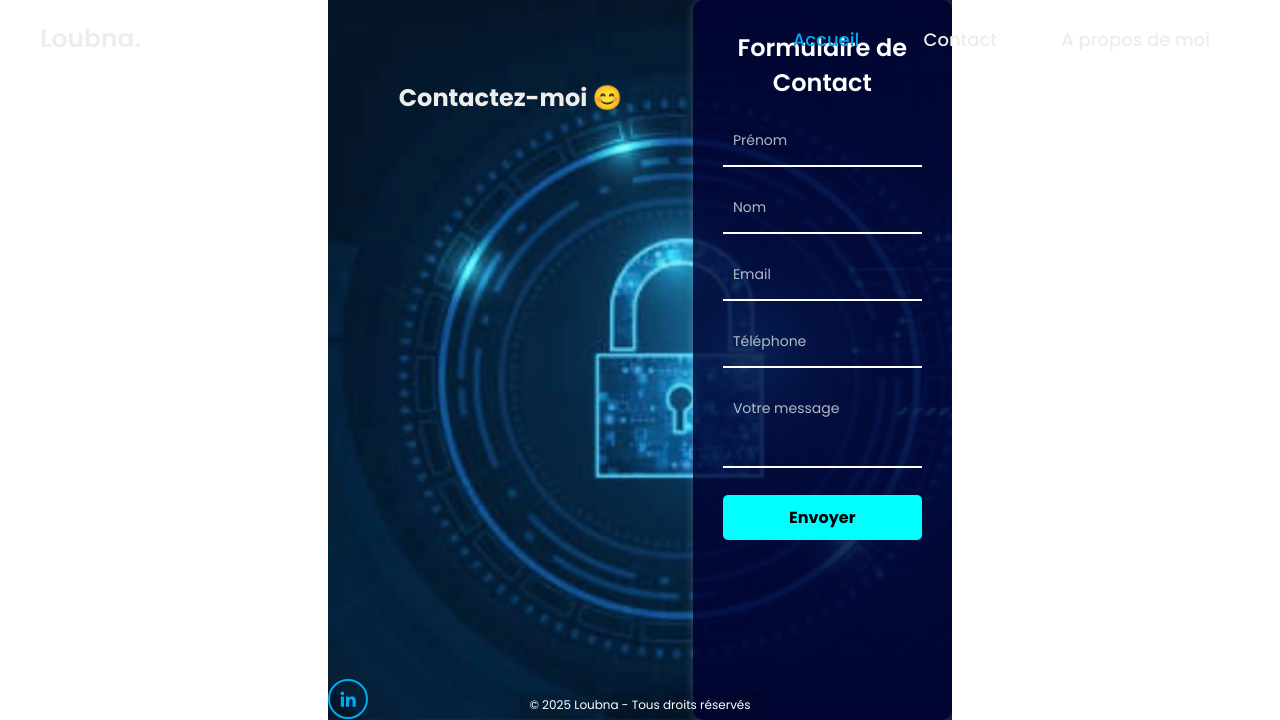
Repository: Loubna77290/Portfolio-de-Loubna
Page: contact.html
The author's editor kept a copy of each file at every save. The page is drawn from the files as they stood at one save, then again after the next save.
The browser window is 1280 px wide. The pictures show the whole page.

Above is the page before, as saved 2025-03-10 23:08:37.
Not found: background.jpg

After the next save:
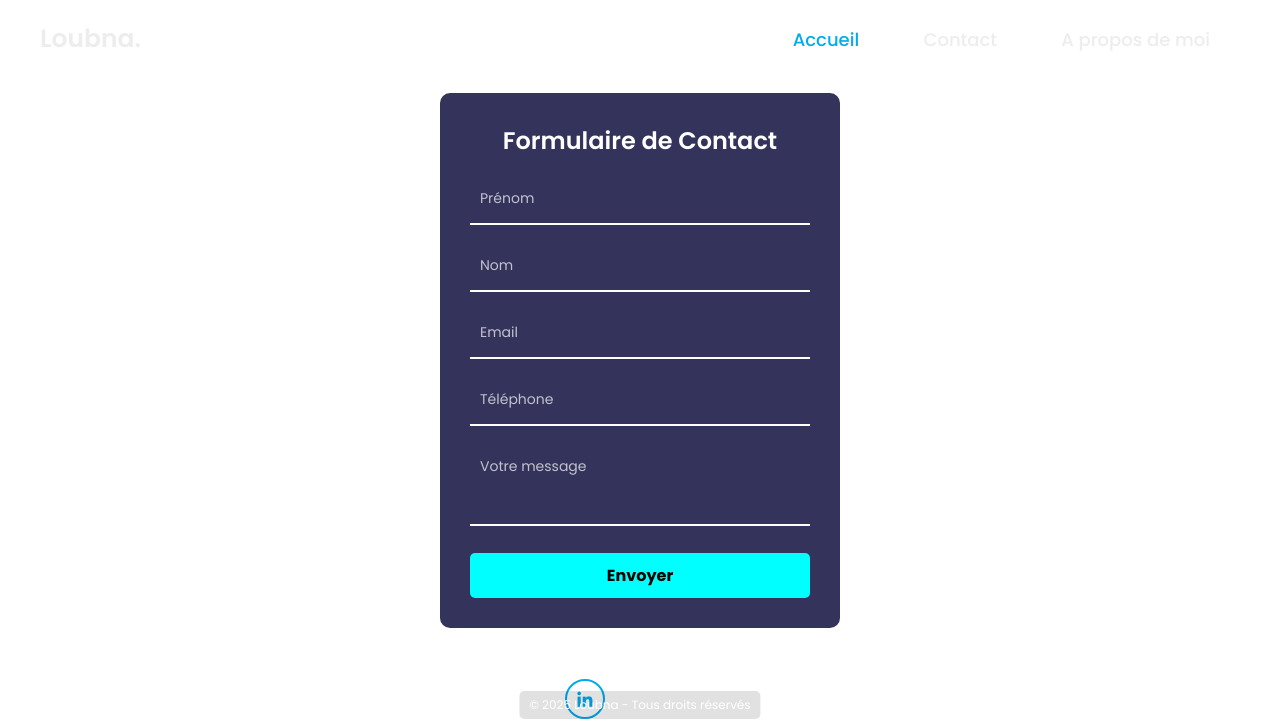
Saved 12 min 56 s later.
--- a/contact.html
+++ b/contact.html
@@ -18,10 +18,7 @@
         </nav>
     </header>
 
-    <section class="contact-background">
-        <div class="contact-contenu">
-        <h1>Contactez-moi &#128522;</h1>
-       </div>
+
 
     <div class="container">
         <h2>Formulaire de Contact</h2>
